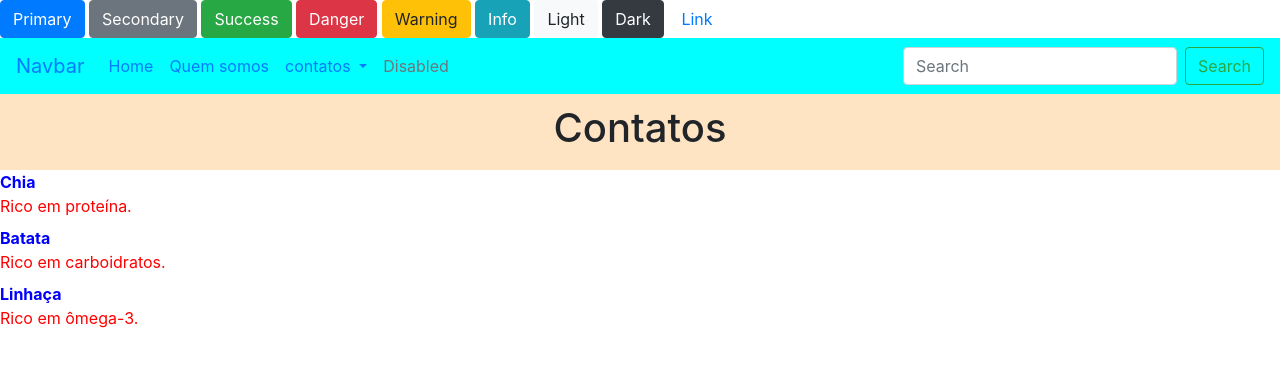
Repository: DaniloBaracho/bootstrap
Page: index.html
These files come from the project's save history. The page is drawn as it stood at one moment and after the next save; the edit follows.
The browser window is 1280 px wide. The pictures show the whole page.

Above is the page before, as saved 2020-05-31 17:38:04.

### index.html
<!DOCTYPE html>
<html lang="pt-br">
    <head>
        <meta charset="utf-8">
        <title>
            Usando bootstrap
        </title>
        <link rel="stylesheet", type="text/css", href="bootstrap/css/bootstrap.min.css">
        <link rel="stylesheet", type="text/css", href="css/style.css">
    </head>
    <body>
        <button type="button" class="btn btn-primary">Primary</button>
        <button type="button" class="btn btn-secondary">Secondary</button>
        <button type="button" class="btn btn-success">Success</button>
        <button type="button" class="btn btn-danger">Danger</button>
        <button type="button" class="btn btn-warning">Warning</button>
        <button type="button" class="btn btn-info">Info</button>
        <button type="button" class="btn btn-light">Light</button>
        <button type="button" class="btn btn-dark">Dark</button>
        <button type="button" class="btn btn-link">Link</button>
        <nav class="navbar navbar-expand-lg">
            <a class="navbar-brand" href="#">Navbar</a>
            <button class="navbar-toggler" type="button" data-toggle="collapse" data-target="#navbarSupportedContent" aria-controls="navbarSupportedContent" aria-expanded="false" aria-label="Toggle navigation">
              <span class="navbar-toggler-icon"></span>
            </button>

            <div class="collapse navbar-collapse" id="navbarSupportedContent">
              <ul class="navbar-nav mr-auto">
                <li class="nav-item active">
                  <a class="nav-link" href="#">Home <span class="sr-only">(current)</span></a>
                </li>
                <li class="nav-item">
                  <a class="nav-link" href="#">Quem somos</a>
                </li>
                <li class="nav-item dropdown">
                  <a class="nav-link dropdown-toggle" href="contatos" id="navbarDropdown" role="button" data-toggle="dropdown" aria-haspopup="true" aria-expanded="false">
                    contatos
                  </a>
                  <div class="dropdown-menu" aria-labelledby="navbarDropdown">
                    <a class="dropdown-item" href="#">Parceiros</a>
                    <a class="dropdown-item" href="#">Serviços</a>
                    <div class="dropdown-divider"></div>
                    <a class="dropdown-item" href="#">Something else here</a>
                  </div>
                </li>
                <li class="nav-item">
                  <a class="nav-link disabled" href="#" tabindex="-1" aria-disabled="true">Disabled</a>
                </li>
              </ul>
              <form class="form-inline my-2 my-lg-0">
                <input class="form-control mr-sm-2" type="search" placeholder="Search" aria-label="Search">
                <button class="btn btn-outline-success my-2 my-sm-0" type="submit">Search</button>
              </form>
            </div>
          </nav>
        <section id="contato">
          <div class="container-fluid contatos text-center margin">
            <h1>Contatos</h1>
          </div>
        </section>
        <dl>
          <dt>Chia</dt><dd>Rico em proteína.</dd>
          <dt>Batata</dt><dd>Rico em carboidratos.</dd>
          <dt>Linhaça</dt><dd>Rico em ômega-3.</dd>
          </dl>
    </body>
</html>

### css/style.css
.navbar{
    background-color: aqua;
}
.contatos{
    background-color: bisque;
}
.margin{
     padding-top: 10px;
     padding-bottom: 10px;
     /*margin-top: 30px*/
}
dt{color:blue}
dl{color:red}

Loaded but not shown: bootstrap/css/bootstrap.min.css (library)

After the next save:
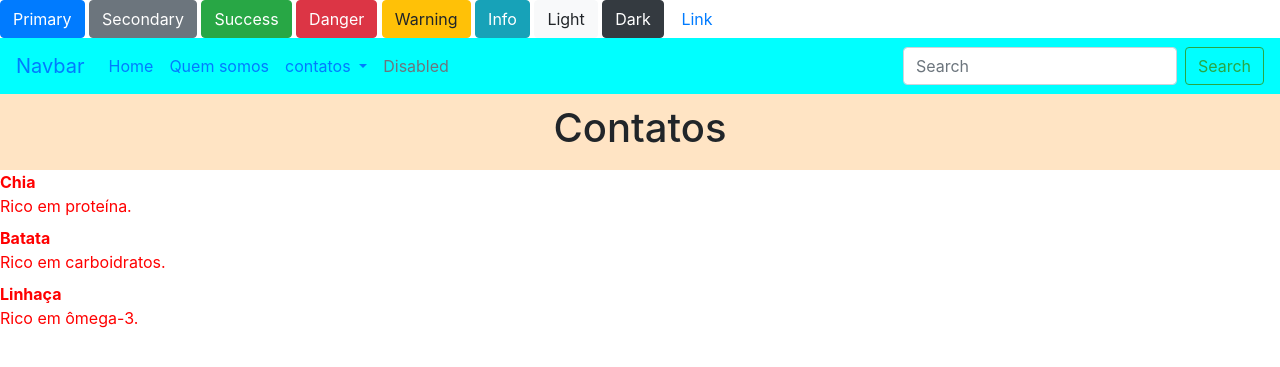
Saved 22 s later.
--- a/css/style.css
+++ b/css/style.css
@@ -9,5 +9,5 @@
      padding-bottom: 10px;
      /*margin-top: 30px*/
 }
-dt{color:blue}
+
 dl{color:red}
